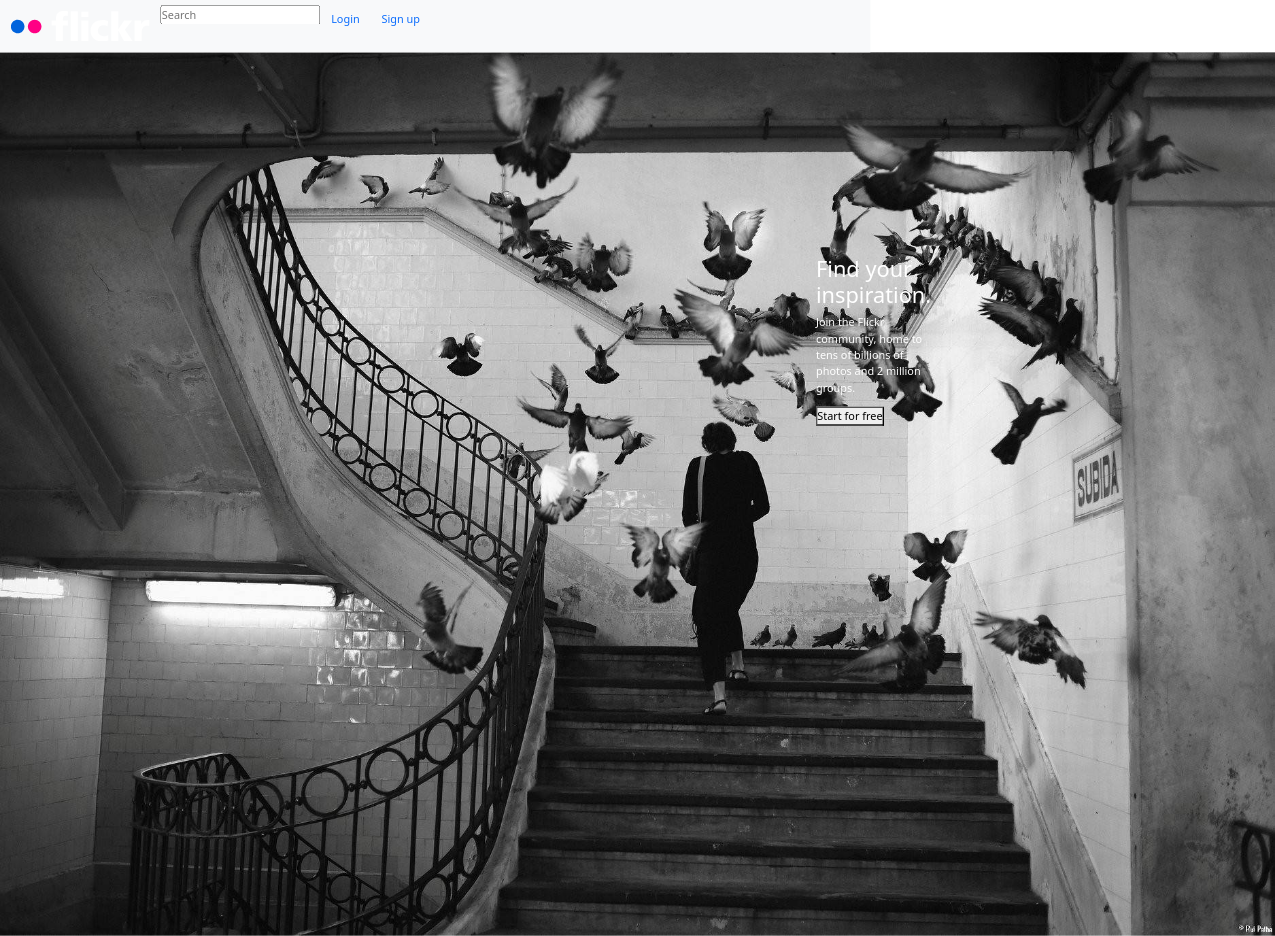
Repository: Alphosmart/LEVEL_1
Page: index.html
The author's editor kept a copy of each file at every save. The page is drawn from the files as they stood at one save, then again after the next save.
The browser window is 1280 px wide. The page is 1875 px wide, so the pictures cover 1875 px, including what lies to the right of the window. The pictures show the whole page, at 68% of full size.

Above is the page before, as saved 2024-06-03 10:07:42.

### index.html
<!DOCTYPE html>
<html lang="en">
  <head>
    <meta charset="UTF-8" />
    <meta name="viewport" content="width=device-width, initial-scale=1.0" />
    <title>Flickr</title>
    <link rel="stylesheet" href="style.css" />
    <link rel="stylesheet" href="/bootstrap-5.3.3-dist/css/bootstrap.css" />
    <style>
      .mySlides {
        display: none;
      }
    </style>
  </head>
  <body>
    <nav class="navbar navbar-expand-lg bg-body-tertiary">
      <ul class="nav justify-content-end">
        <li class="nav-item">
          <img src="/svg-export/svgexport-2.svg" alt="" class="nav-link" />
        </li>
        <li class="nav-item"><input type="text" placeholder="Search" /></li>
        <li class="nav-item"><button class="nav-link">Login</button></li>
        <li class="nav-item"><button class="nav-link">Sign up</button></li>
      </ul>
    </nav>

    <section>
      <div
        style="
          position: absolute;
          margin: 200px 700px;
          padding: 100px 500px;
          align-items: center;
          color: white;
        "
      >
        <h2>Find your inspiration.</h2>
        <p>
          Join the Flickr community, home to tens of billions of photos and 2
          million groups.
        </p>
        <button>Start for free</button>
      </div>

      <div style="max-width: 500px">
        <img
          class="mySlides"
          src="/images/Barbara_van_der_Linde_Boet_and_Harvey.jpg"
          class="d-block w-100"
        />
        <img class="mySlides" src="/images/ines_maria_wingsofvienna.jpg"
        class="d-block w-100 />
        <img
          class="mySlides"
          src="/images/Kris_Peterson_Back_to_The_Future.jpg"
          class="d-block w-100"
        />
        <img
          class="mySlides"
          src="/images/Rui_Palha_Pigeons_at_Bolhao.jpg"
          class="d-block w-80"
        />
        <img
          class="mySlides"
          src="/images/Sally_Rose_Dolak_Tropical_Trendil_Treasure.jpg"
          class="d-block w-100"
        />
        <img
          class="mySlides"
          src="/images/Sean_Sweeney_Snow_Beauty.jpg"
          class="d-block w-100"
        />
      </div>
    </section>

    <script>
      var myIndex = 0;
      carousel();

      function carousel() {
        var i;
        var x = document.getElementsByClassName("mySlides");
        for (i = 0; i < x.length; i++) {
          x[i].style.display = "none";
        }
        myIndex++;
        if (myIndex > x.length) {
          myIndex = 1;
        }
        x[myIndex - 1].style.display = "block";
        setTimeout(carousel, 2000); // Change image every 2 seconds
      }
    </script>
  </body>
</html>

Loaded but not shown: style.css (common file); bootstrap-5.3.3-dist/css/bootstrap.css (library)

After the next save:
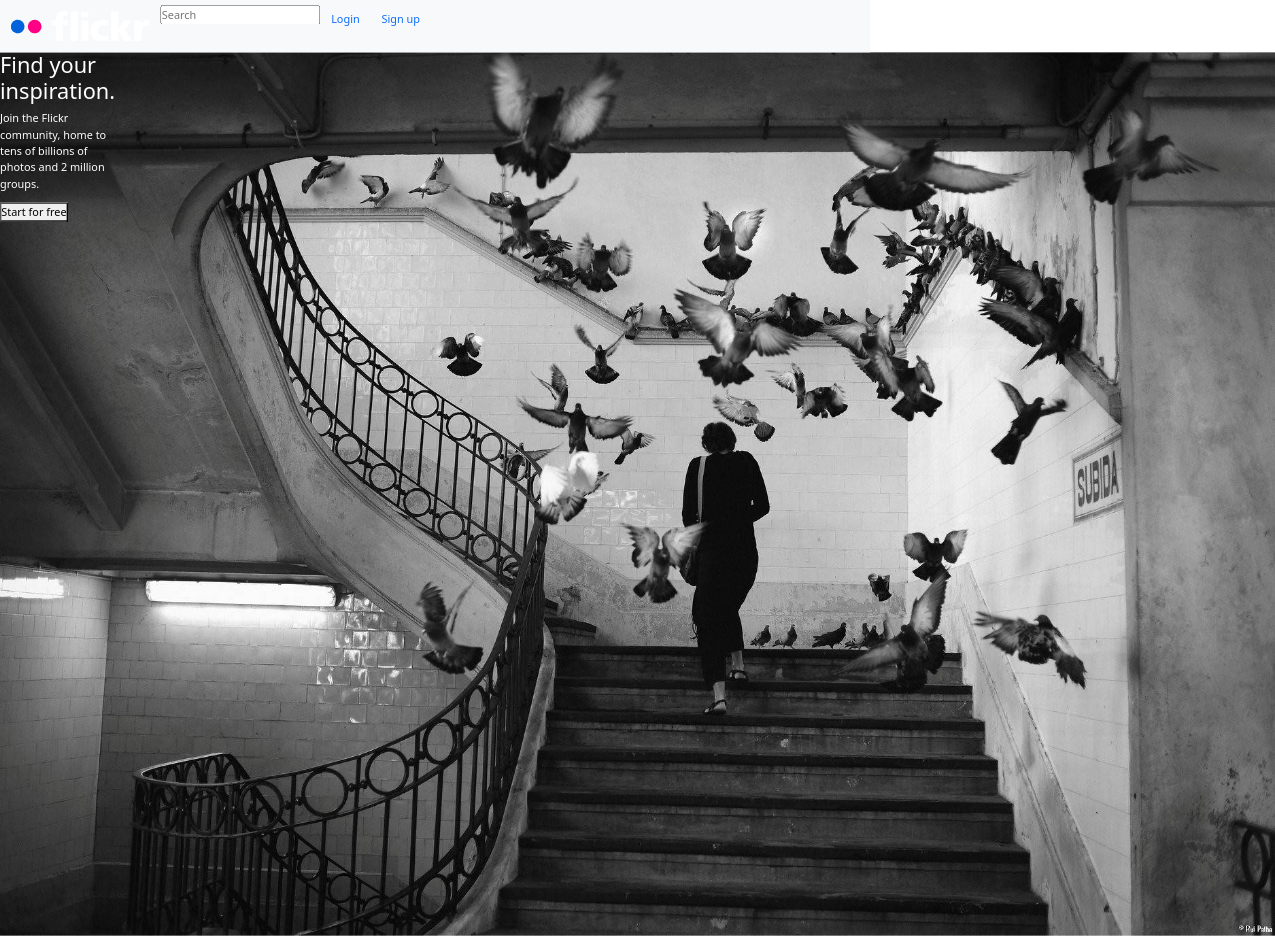
Saved 49 s later.
--- a/index.html
+++ b/index.html
@@ -28,8 +28,8 @@
       <div
         style="
           position: absolute;
-          margin: 200px 700px;
-          padding: 100px 500px;
+          margin-right: 700px;
+          padding-right: 500px;
           align-items: center;
           color: white;
         "

After the save that followed:
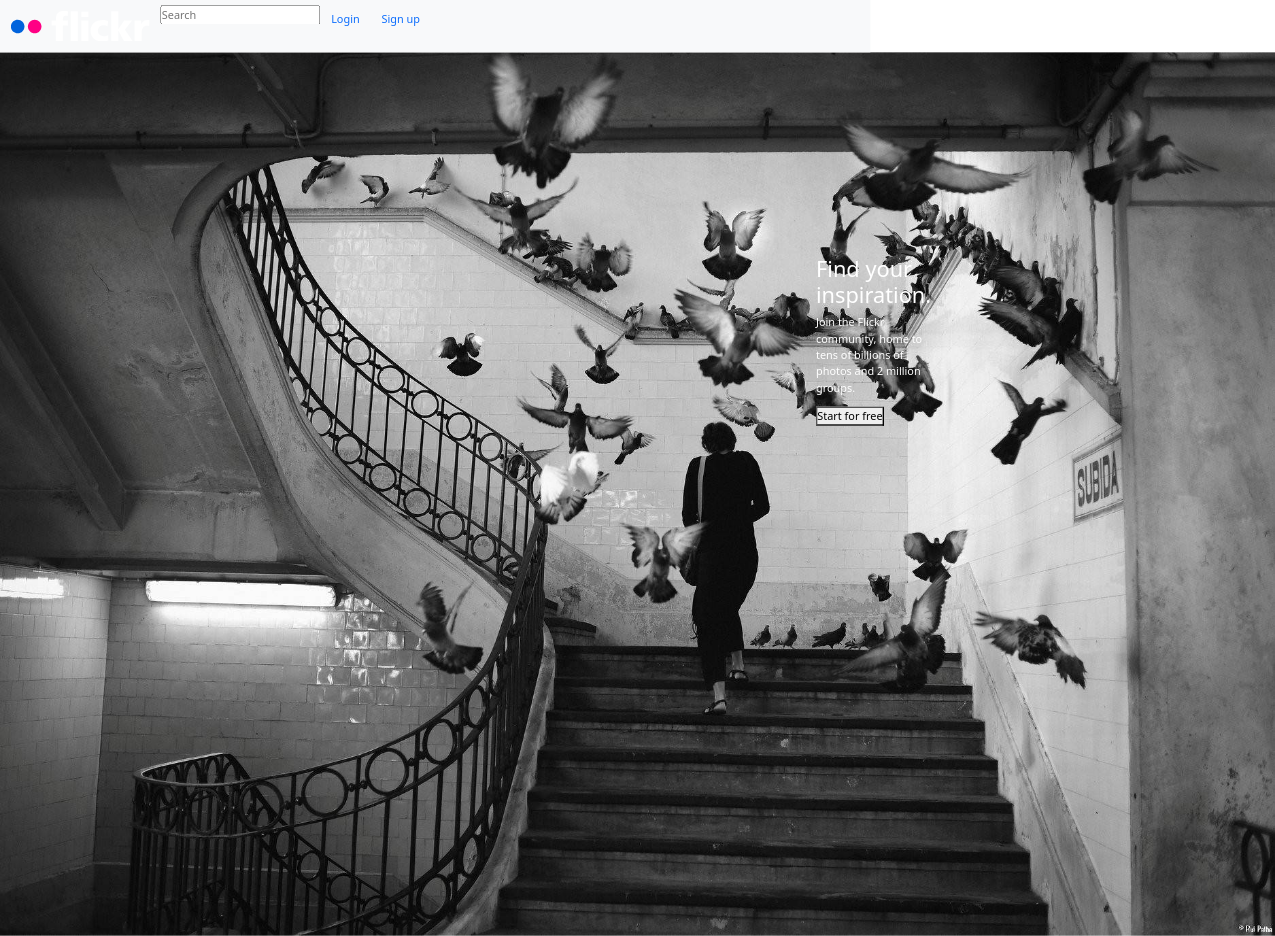
Saved 23 s later.
--- a/index.html
+++ b/index.html
@@ -28,8 +28,8 @@
       <div
         style="
           position: absolute;
-          margin-right: 700px;
-          padding-right: 500px;
+          margin: 200px 700px;
+          padding: 100px 500px;
           align-items: center;
           color: white;
         "
